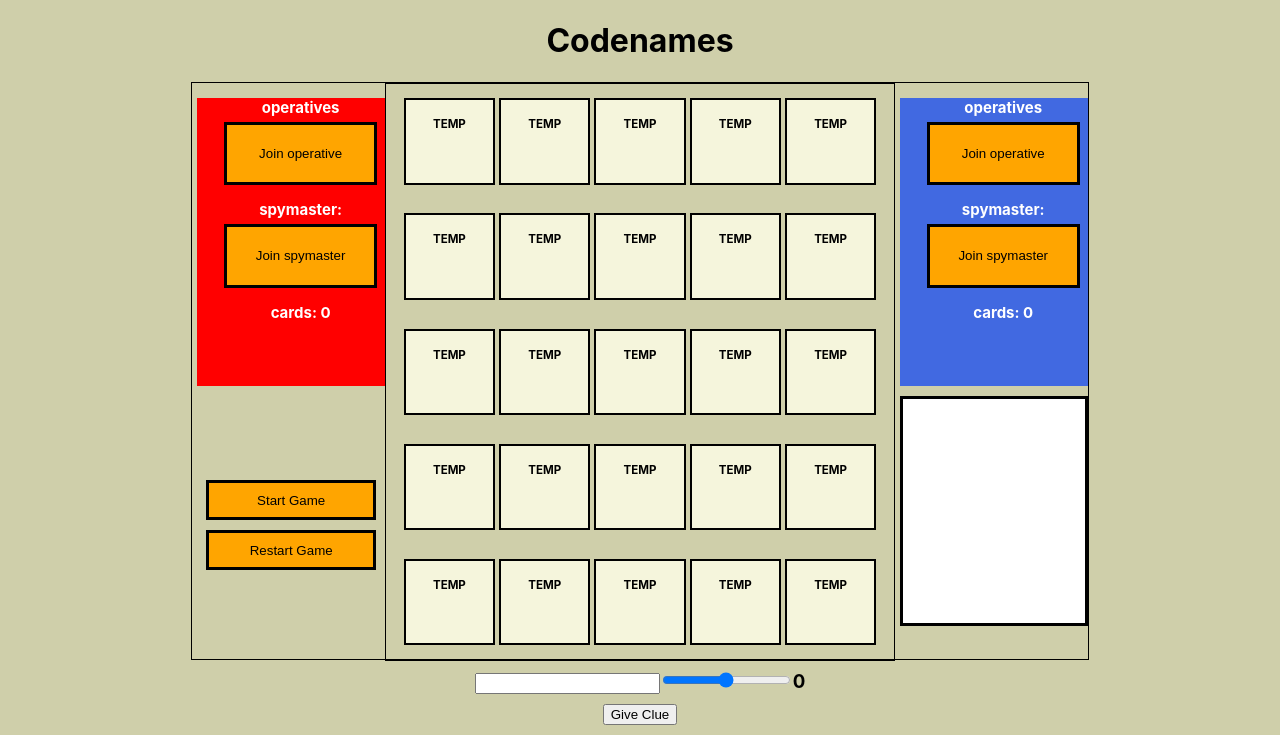
Repository: alcarrizo/Codenames-Fullstack
Page: / (app in client/)
The author's editor kept a copy of each file at every save. The page is drawn from the files as they stood at one save, then again after the next save.
The browser window is 1280 px wide. The pictures show the whole page.
The project was rebuilt for these pictures with package versions that can differ from the ones it lists, and the page was loaded fresh each time. Imported but missing from the stored project, and not drawn on this page: client/src/reportWebVitals.

Above is the page before, as saved 2023-01-12 21:28:21.

After the next save:
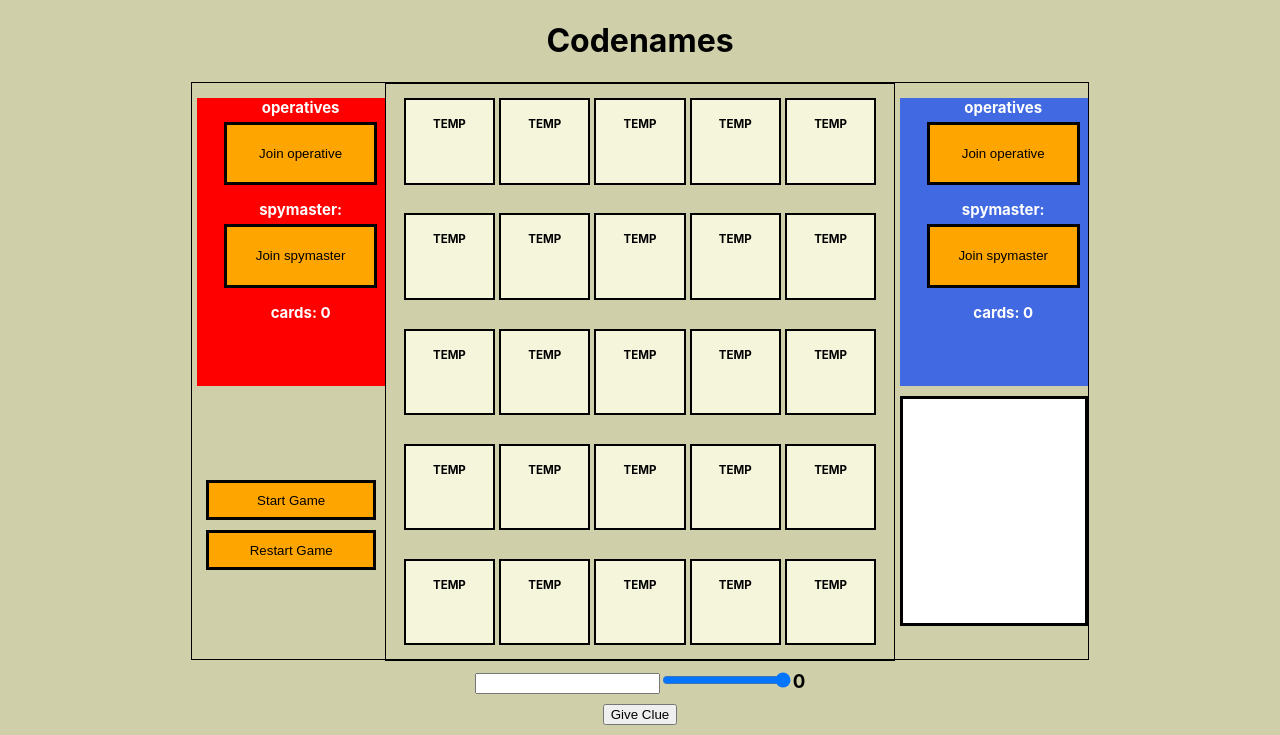
Saved 8 s later.
--- a/client/src/App.js
+++ b/client/src/App.js
@@ -303,7 +303,7 @@ const App = () => {
       <div className='clue-area ' id='clue-area'>
         <input className='clue-text' id='clue-text' type="text" />
         <div className="rangeDiv" id="rangeDiv">
-          <input className="clue-range" id='clueRange' type="range" autoComplete='off' min="0" max="10" defaultValue="5" />
+          <input className="clue-range" id='clueRange' type="range" autoComplete='off' min="0" max="10" defaultValue="10" />
           <h3 className="range-number" id="rangeNumber">0</h3>
         </div>
         <Btn onClick={() => { giveClue() }} className="clue-submit" id="clue-submit" name="Give Clue" />
